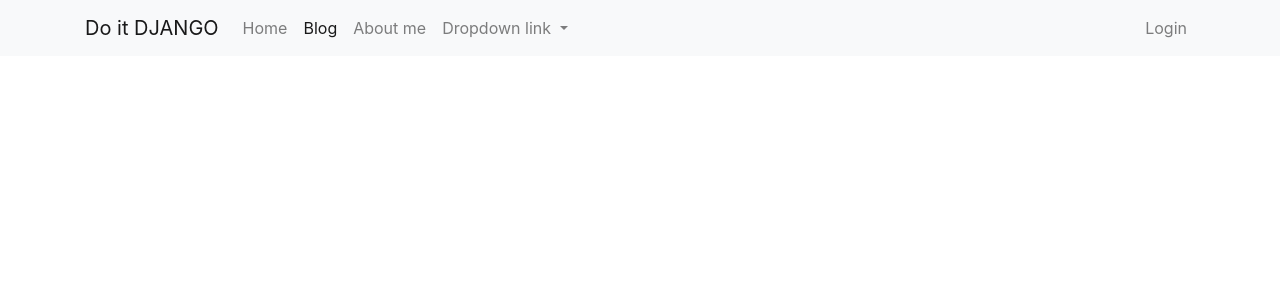
Repository: lwygold/do_it_ft
Page: blog_list.html
These files come from the project's save history. The page is drawn as it stood at one moment and after the next save; the edit follows.
The browser window is 1280 px wide. The pictures show the whole page.

Above is the page before, as saved 2021-08-11 21:12:51.

After the next save:
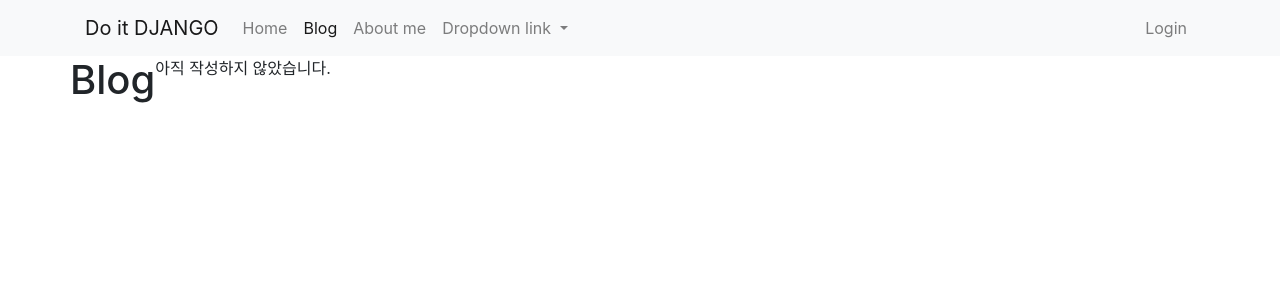
Saved 72 s later.
--- a/blog_list.html
+++ b/blog_list.html
@@ -52,6 +52,14 @@
         </div>
     </nav>
 
+    <div class="container">
+        <div class="row">
+            <h1>Blog</h1>
+            <p>아직 작성하지 않았습니다.</p>
+        </div>
+
+    </div>
+
     <script src="https://code.jquery.com/jquery-3.5.1.slim.min.js"
         integrity="sha384-DfXdz2htPH0lsSSs5nCTpuj/zy4C+OGpamoFVy38MVBnE+IbbVYUew+OrCXaRkfj"
         crossorigin="anonymous"></script>
